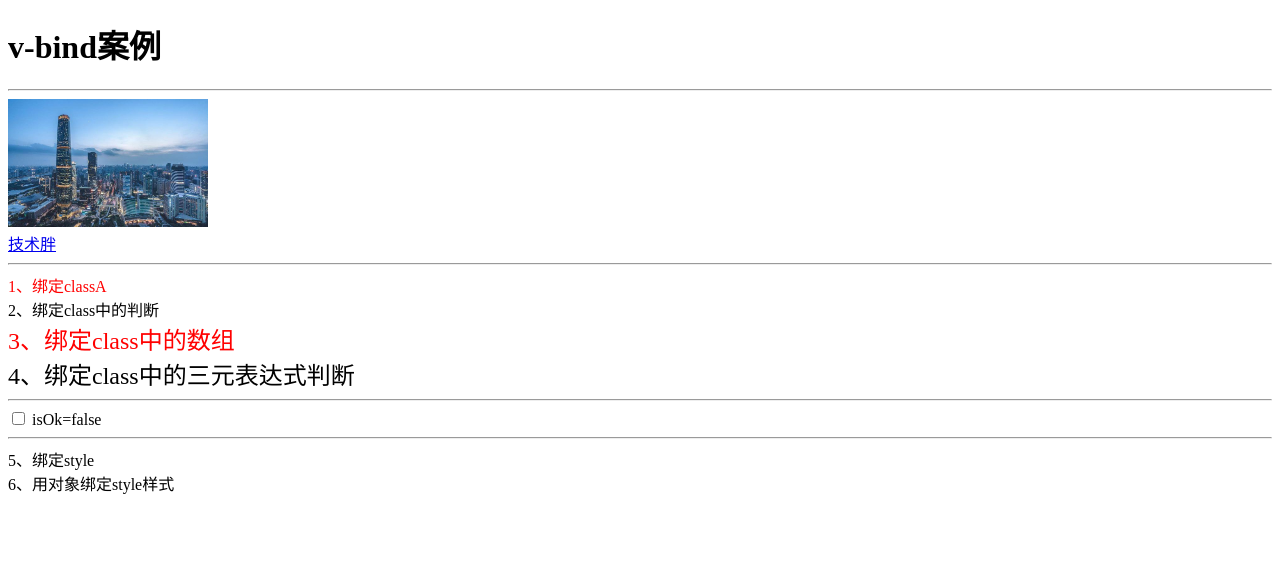
Repository: 13982720426/vue2.0-LearningNotes
Page: example/v-bind.html
An editor plug-in stored every save of this project. The page is shown before and after the next save, followed by the edit.
The browser window is 1280 px wide. The pictures show the whole page.

Above is the page before, as saved 2021-06-24 13:49:22.

After the next save:
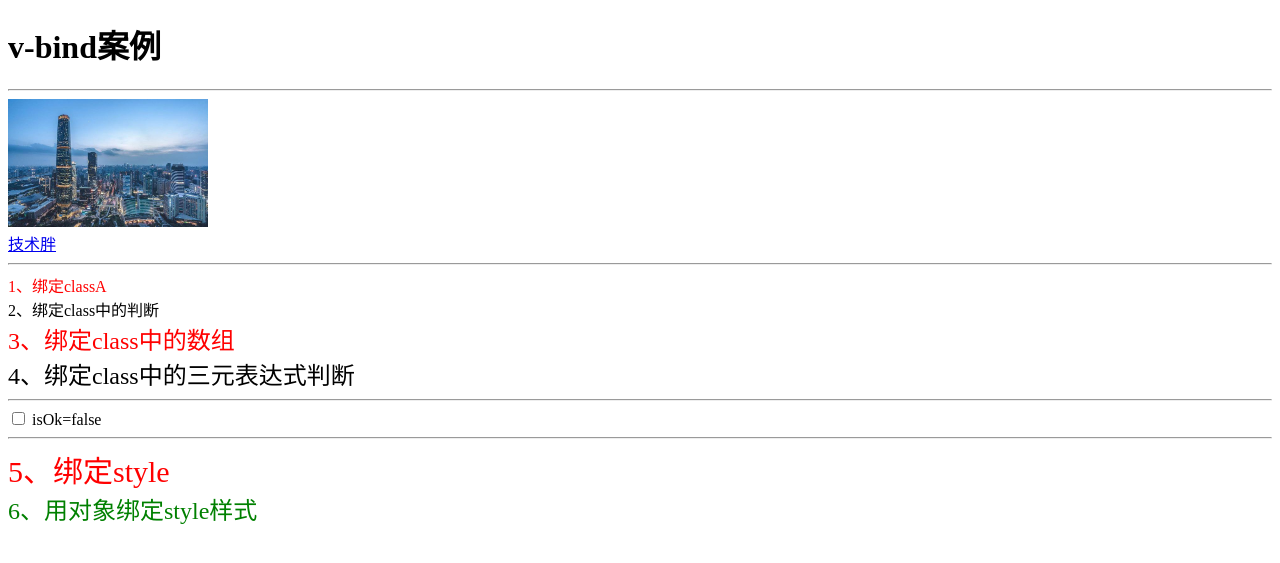
Saved 2 min 38 s later.
--- a/example/v-bind.html
+++ b/example/v-bind.html
@@ -44,12 +44,12 @@
           isOk: false,
           classA: 'classA',
           classB: 'classB',
-          // red: 'red',
-          // font: '30px',
-          // styleObject: {
-          //   fontSize: '24px',
-          //   color: 'green',
-          // },
+          red: 'red',
+          font: '30px',
+          styleObject: {
+            fontSize: '24px',
+            color: 'green',
+          },
         },
       });
     </script>
